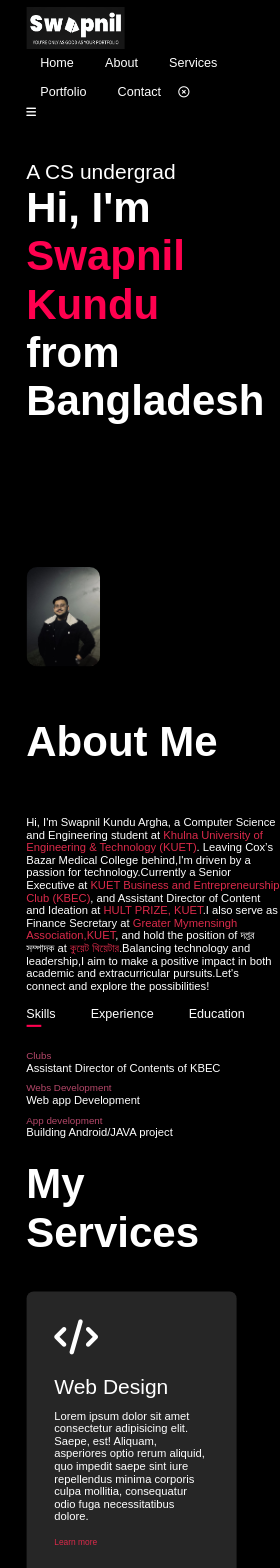
Repository: SwapnilKundu/portfolio
Page: index.html
These files come from the project's save history. The page is drawn as it stood at one moment and after the next save; the edit follows.
The browser window is 375 px wide. The page is 400 px wide, so the pictures cover 400 px, including what lies to the right of the window. The pictures show the part of the page from y = 0 to 2240 px (the page is 5790 px tall), at 70% of full size.
Some web libraries are served in a nearby version.

Above is the page before, as saved 2024-01-20 23:38:21.

### index.html
<!DOCTYPE html>
<html lang="en">
<head>
    <meta charset="UTF-8">
    <meta name="viewport" content="width=device-width, initial-scale=1.0">
    <title>Personal Portfolio Website</title>
    <link rel="stylesheet" href="style.css">
    <script src="https://kit.fontawesome.com/74456a4746.js" crossorigin="anonymous"></script>
</head>
<body>
  <div id="header">
    <div class="container">
        <nav>
            <img src="images/logo1.png" class="logo" width="40" height="60">
            <ul>
                <li><a href ="#">Home</a></li>
                <li><a href ="#">About</a></li>
                <li><a href ="#">Services</a></li>
                <li><a href ="#">Portfolio</a></li>
                <li><a href ="#">Contact</a></li>
                <i class="fa-regular fa-circle-xmark"></i>
            </ul>
            <i class="fa-solid fa-bars"></i>
        </nav>
        <div class="header-text">
            <p>A CS undergrad </p>
            <h1>Hi, I'm <span>Swapnil Kundu</span> <br> from Bangladesh</h1>
        </div>
    </div>
  </div>





  <div id="about">
    <div class="container">
        <div class="row">
            <div class="about-col-1">
                <img src="images/Aboutme4.jpg" alt="Profile Image">
            </div>
            <div class="about-col-2">
                <h1 class="sub-title"><br>About Me</h1>
                <p>
                    <br><br><br><br>Hi, I'm Swapnil Kundu Argha, a Computer Science and Engineering student at <a href="http://www.kuet.ac.bd/" target="_blank">Khulna University of Engineering & Technology (KUET)</a>. Leaving Cox’s Bazar Medical College behind,I'm driven by a passion for technology.Currently a Senior Executive at <a href="https://www.facebook.com/KBEC.official">KUET Business and Entrepreneurship Club (KBEC)</a>, and Assistant Director of Content and Ideation at <a href="https://scontent.fjsr8-1.fna.fbcdn.net/v/t39.30808-6/414475463_878653704262850_605489790676270348_n.jpg?_nc_cat=106&ccb=1-7&_nc_sid=dd5e9f&_nc_eui2=AeG7qaCzWQGluZMTMKWtrD6ipcnI0dawWuilycjR1rBa6PLkHzdtJERiOyrmRQaxy3TT_q5vz9qIQ5m4l8xfiGP6&_nc_ohc=qg8Pu4EAUVYAX9avaA_&_nc_ht=scontent.fjsr8-1.fna&oh=00_AfBZ6Lqa5248mqS64WxhR3KxGRhN1UCrqkgUgA0V5dsZlw&oe=65AF45DF">HULT PRIZE, KUET</a>.I also serve as Finance Secretary at <a href="#link-to-GMA">Greater Mymensingh Association,KUET</a>, and hold the position of দপ্তর সম্পাদক at <a href="#link-to-theater">কুয়েট থিয়েটার</a>.Balancing technology and leadership,I aim to make a positive impact in both academic and extracurricular pursuits.Let's connect and explore the possibilities!
                </p>

                <div class="tab-titles">
                    <p class="tab-links active" onclick="opentab('skills')">Skills</p>
                    <p class="tab-links" onclick="opentab('experience')">Experience</p>
                    <p class="tab-links"onclick="opentab('education')">Education</p>
            </div>
            <div class="tab-contents active-tab"id ="skills">
                <ul>
                    <li><span>Clubs</span><br>Assistant Director of Contents of KBEC</li>
                    <li><span>Webs Development</span><br>Web app Development</li>
                    <li><span>App development</span><br>Building Android/JAVA project</li>
                </ul>
            </div>
            <div class="tab-contents" id ="experience">
                <ul>
                    <li><span>2022-Current</span><br>An Active member of KBEC</li>
                    <li><span>2023-Semester 2.2</span><br>App Development by JAVA</li>
                    <li><span>2024-Semester 3.1</span><br>Web Development by HTML,CSS,JAVA</li>
                    <li><span>2022-Current</span><br>An Active member of KBEC</li>

                </ul>
            </div>

            <div class="tab-contents" id ="education">
                <ul>
                    <li><span>2018</span><br>SSC from Mymensingh Zilla School,Mymensingh</li>
                        <li><span>2020</span><br>HSC from Ananda Mohan College,Mymensingh</li>
                        <li><span>From March,2022</span><br>Currently studying BSc in CSE department</li>
                </ul>
            </div>
        </div>
    </div>
  </div>




  <div id="Services">
    <div class ="container">
    <h1 class="sub-title">My Services</h1>
    <div class ="services-list">

        <div>
            <i class="fa-solid fa-code"></i>
            <h2>
                Web Design
            </h2>
            <p>Lorem ipsum dolor sit amet consectetur adipisicing elit. Saepe, est! Aliquam, asperiores optio rerum aliquid, quo impedit saepe sint iure repellendus minima corporis culpa mollitia, consequatur odio fuga necessitatibus dolore.

            </p>
            <a href="#">Learn more</a>
        </div>
        <div>
            <i class="fa-solid fa-crop"></i>
            <h2>
                UI/UX Design
            </h2>
            <p>Lorem ipsum dolor sit amet consectetur adipisicing elit. Saepe, est! Aliquam, asperiores optio rerum aliquid, quo impedit saepe sint iure repellendus minima corporis culpa mollitia, consequatur odio fuga necessitatibus dolore.

            </p>
            <a href="#">Learn more</a>
        </div>
        <div>
            <i class="fa-brands fa-app-store"></i>
            <h2>

                App Design
            </h2>
            <p>Lorem ipsum dolor sit amet consectetur adipisicing elit. Saepe, est! Aliquam, asperiores optio rerum aliquid, quo impedit saepe sint iure repellendus minima corporis culpa mollitia, consequatur odio fuga necessitatibus dolore.

            </p>
            <a href="#">Learn more</a>
        </div>
        </div>
    </div>
  </div>




<div id="portfolio">
    <div class="container">
        <h1 class="sub-title">My Work</h1>

        <div class ="work-list">
            <div class="work">
                <img src="images/work-1.png">
                <div class="layer">
                    <h3><b>Scoial Media App</b></h3>
                    <p> The app connects you to the talented people around the world. Download it from play store</p>
                    <a href ="#"><i class="fa-solid fa-arrow-up-right-from-square"></i></a>
                </div>
            </div>
            <div class="work">
                <img src="images/work-2.png">
                <div class="layer">
                    <h3><b>Music App</b></h3>
                    <p> The app connects you to the talented people around the world. Download it from play store</p>
                    <a href ="#"><i class="fa-solid fa-arrow-up-right-from-square"></i></a>
                </div>
            </div>
            <div class="work">
                <img src="images/work-3.png">
                <div class="layer">
                    <h3><b>Online Shop App</b></h3>
                    <p> The app connects you to the talented people around the world. Download it from play store</p>
                    <a href ="#"><i class="fa-solid fa-arrow-up-right-from-square"></i></a>
                </div>
            </div>

        </div>
        <a href="#" class ="btn">See more</a>
    </div>
</div>




<div id="contact">
    <div class="container">
        <div class="row">
            <div class="contact-left">
                <h1 class="sub-title">Contact me</h1>
                <p><i class="fa-solid fa-paper-plane"></i>swapnilkundu01@gmail.com</p>
                <p><i class="fa-solid fa-phone"></i>01871978907</p>
                <div class="socal-icons">
                    <a href="https://www.facebook.com/swapnil.kundu.90/"><i class="fa-brands fa-facebook"></i></a>
                    <a href="https://www.instagram.com/swapnil2441139/"><i class="fa-brands fa-twitter-square"></i></a>
                    <a href="https://call.whatsapp.com/voice/oAxOkq7IUG3ndQV7ZXiJVs"><i class="fa-brands fa-whatsapp"></i></a>
                    <a href=""><i class="fa-brands fa-linkedin"></i></a>

                </div>
                <a href="images/my-cv.pdf"class = "btn btn2" >Download CV</a>
            </div>
            <div class="contact-right">
                <form>
                    <input type="text" name="Name" placeholder="Your Name" required>
                    <input type ="email" name="email" placeholder="Your Email" required>
                    <textarea name ="Message" rows="6" placeholder ="Your Message"></textarea>
                    <button type="submit" class="btn btn2">Submit</button>
                </form>

            </div>
        </div>
    </div>
    <div class="copyright">
            <p>Copyright © kundu.Made with HTML,CSS and JS</p>
    </div>
</div>


  <script>
    var tablinks = document.querySelectorAll(".tab-links");
    var tabcontents = document.querySelectorAll(".tab-contents");

    function opentab(tabname) {
        for (tablink of tablinks) {
            tablink.classList.remove("active-link");
        }

        for (tabcontent of tabcontents) {
            tabcontent.classList.remove("active-tab");
        }

        var activeTab = document.getElementById(tabname);
        activeTab.classList.add("active-tab");

        var activeLink = document.querySelector(`.tab-links[data-tab="${tabname}"]`);
        activeLink.classList.add("active-link");
    }
</script>

</body>
</html>

### style.css
*
{
    margin: 0;
    padding: 0;
    font-family: 'Poppins',sans-serif;
    box-sizing: border-box;
}

body
{
    background: #000;
    color: #fff;
}
#header
{
    width: 100%;
    height: 100vh;
    background-image: url(images/ccc2.png);
    background-size: cover;
    background-position: left;
    background-repeat: no-repeat;
    overflow: hidden;
}
.container
{
padding: 10px 10%;
}
nav{
    display: flex;
    align-items: center;
    justify-content: space-between;
    flex-wrap: wrap;
}
.logo{
    width: 140px;
}

nav ul li{
    display:inline-block;
    list-style: none;
    margin: 10px 20px;

}
nav ul li a{
    color: #fff;
    text-decoration:none ;
    font-size: 18px;
    position: relative;
}

nav ul li a::after
{
    content: '';
    width:0;
    height:3px;
    background:#ff004f;
    position: absolute;
    left: 0;
    bottom: -6px;
    transition: 0.5s;

}
nav ul li a:hover::after
{
    width:100%;
}
.header-text{
    margin-top: 20%;
    font-size: 30px;
}
.header-text h1
{
    font-size:60px;
}
.header-text h1 span
{
    color:#ff004f;
}

#about a {
    color: #db2a4a;
    text-decoration: none;
}

#about a:hover {
    color: #ababab;
}
.row
{
    display: flex;
    justify-content: space-between;
    flex-wrap: wrap;
}

.about-col-1{
    flex-basis:35%;
}
.about-col-1 img
{
    width: 100%;
    border-radius: 15px;
}

.about-col-2
{
    flex-basis: 60%;
}

.sub-title
{
    font-size:60px;
    font-weight:600;
    color:#fff;
}

.tab-titles {
    display: flex;
    margin: 20px 0 40px;
}

.tab-links {
    margin-right: 50px;
    font-size: 18px;
    font-weight: 500;
    cursor: pointer;
    position: relative;
    color: #fff;
    text-decoration: none;
    transition: color 0.5s;
}

.tab-links::after {
    content: '';
    width: 0;
    height: 3px;
    background: #ff004f;
    position: absolute;
    left: 0;
    bottom: -8px;
    transition: 0.5s;
}

.tab-links:hover {
    color: #ff004f; /* Change the color on hover */
}

.tab-links.active::after {
    width: 50%;
}
.tab-contents ul li
{
    list-style:none;
    margin:10px 0;
}
.tab-contents ul li span
{
    color:#b54769;
    font-size: 14px;
}
.tab-contents
{
    display: none;
}
.tab-contents.active-tab
{
    display: block;
}




#services-list
{

    padding :30px 0;
}
.services-list
{
    display:grid;
    grid-template-columns: repeat(auto-fit,minmax(250px, 1fr));
    grid-gap:40px;
    margin-top: 50px;
}
.services-list div{
    background:#262626;
    padding: 40px;
    font: size 13px;
    font-weight: 300;
    border-radius:10px;
    transition: background 0.5s,transform 0.5s;
}
.services-list div i
{
    font-size: 50px;
    margin-bottom: 30px;
}
.services-list div h2
{
    font-size:  30px;
    font-weight: 500;
    margin-bottom:15px;

}
.services-list div a{
    text-decoration: none;
    color:#fff;
    font-size: 12px;
    margin-top: 20px;
    display: inline-block;
}
.services-list div:hover
{
    background:#ff004f;
    transform: translateY(-10px);
}



#portfolio
{
    padding: 50px 0;
}

.work-list
{
    display:grid;
    grid-template-columns: repeat(auto-fit,minmax(250px, 1fr));
    grid-gap:40px;
    margin-top: 50px;
}
.work
{
    border-radius:10px;
    position: relative;
    overflow: hidden;
}
.work img
{
    width: 100%;
    border-radius:10px;
    display: block;
    transition: transform 0.5s;
}
.layer{
    width: 100%;
    height: 0;
    background:linear-gradient(rgba(0,0,0,0.6),#ff004f);
    border-radius:10px;
    position: absolute;
    left:0;
    bottom:0;
    overflow:hidden;
    display:flex;
    align-items:center;
    justify-content: center;
    flex-direction: column;
    padding: 0 40px;
    text-align:center;
    font-size: 14px;
    transition: height 0.5s;
}
.layer h3
{
    font-weight: 500;
    margin-bottom: 20px;
}
.layer a
{
    margin-top: 20px;
    color:#ff004f;
    text-decoration: none;
    font-size:18px;
    line-height: 60px;
    background:#fff;
    width: 60px;
    height: 60px;
    border-radius:50%;
    text-align: center;

}
.work:hover img
{
    transform: scale(1.1);
}

.work:hover .layer
{
    height:100%
}
.btn
{
    display:block;
    margin: 50px auto;
    width:fit-content;
    border: 1px solid #860808;
    padding: 14px 50px;
    text-decoration: none;
    border-radius: 6px;
    color:#fff;
    transition: background 0.5s;

}

.btn:hover
{
    background:#ffffff;
}





.contact-left
{
    flex-basis: 35%;
}
.contact-right
{
    flex-basis: 60%;
}

.contact-left p
{
    margin-top: 30px;
}
.contact-left p i
{
    color:#ff004f;
    margin-right: 15px;
    font-size: 25px;
}
.socal-icons {
    margin-top: 30px;
}

.socal-icons a{
    text-decoration: none;
    font-size: 30px;
    margin-right: 15px;
    color: #f80f0f;
    display: inline-block;
    transition: transform 0.5s;
}
.socal-icons a:hover
{
    color: #da1d1d;
    transform: translateY(-5px);
}
.btn.btn2
{
    display:inline-block;
    background : #000000;

}
.contact-right form
{
    width: 100%;
}
form input,form textarea
{
    width:100%;
    border:0;
    outline:none;
    background:#262626;
    padding: 15px;
    margin: 15px 0;
    color: #fff;
    font-size: 18px;
    border-radius: 6px;
}

form btn2
{
    padding:14px 60px;
    font-size: 18px;
    margin-top:20px;
    cursor:pointer;
}
.copyright
{
    width:100%;
    text-align:center;
    padding:25px 0;
    background:#262626;
    font-weight: 300;
    margin: top 20%;
}





nav.fas{
    display: none;
}

@media only screen and(max-width: 600px)
{
    #header{
        background-image:url(images/123qw.png)
    }
    .header-text
    {
        margin-top: 100%;
        font-size:16px;
    }

    .header-text h1
    {
        font-size: 30px;
    }

    nav.fas{
        display: block;
        font-size: 25px;
    }
    nav ul{
    background:#ff004f;
    position: fixed;
    top: 0;
    right: 0;
    width: 200px;
    height: 100vh;
    padding-top: 50px;

    }
    nav ul li
    {
        display: block;
        margin:25px;
    }
    nav ul.fas
    {
        position: absolute;
        top: 25px;
        left: 25px;
        cursor: pointer;
    }

}

After the next save:
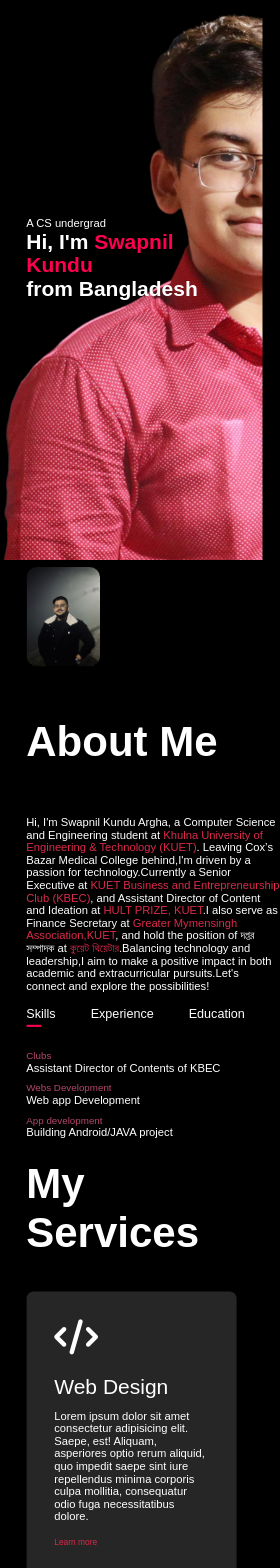
Saved 2 min 25 s later.
--- a/style.css
+++ b/style.css
@@ -390,51 +390,48 @@
 
 
 
-nav.fas{
-    display: none;
-}
-
-@media only screen and(max-width: 600px)
-{
-    #header{
-        background-image:url(images/123qw.png)
-    }
-    .header-text
-    {
+@media only screen and (max-width: 600px) {
+    #header {
+        background-image: url(images/123qw.png);
+    }
+
+    .header-text {
         margin-top: 100%;
-        font-size:16px;
-    }
-
-    .header-text h1
-    {
+        font-size: 16px;
+    }
+
+    .header-text h1 {
         font-size: 30px;
     }
 
-    nav.fas{
+    nav {
+        display: none;
+    }
+
+    nav.fas {
         display: block;
         font-size: 25px;
     }
-    nav ul{
-    background:#ff004f;
-    position: fixed;
-    top: 0;
-    right: 0;
-    width: 200px;
-    height: 100vh;
-    padding-top: 50px;
-
-    }
-    nav ul li
-    {
+
+    nav ul {
+        background: #ff004f;
+        position: fixed;
+        top: 0;
+        right: 0;
+        width: 200px;
+        height: 100vh;
+        padding-top: 50px;
+    }
+
+    nav ul li {
         display: block;
-        margin:25px;
-    }
-    nav ul.fas
-    {
+        margin: 25px;
+    }
+
+    nav ul.fas {
         position: absolute;
         top: 25px;
         left: 25px;
         cursor: pointer;
     }
-
-}
+}

After the save that followed:
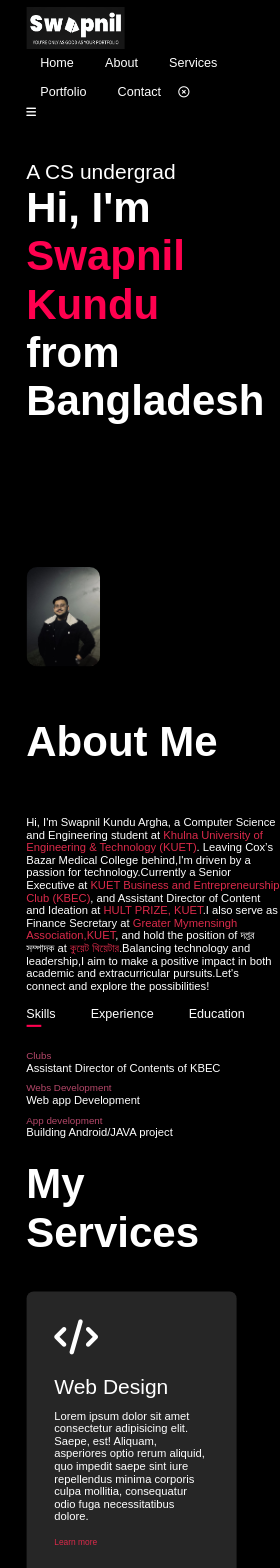
Saved 44 s later.
--- a/style.css
+++ b/style.css
@@ -390,48 +390,51 @@
 
 
 
-@media only screen and (max-width: 600px) {
-    #header {
-        background-image: url(images/123qw.png);
-    }
-
-    .header-text {
+nav.fas{
+    display: none;
+}
+
+@media only screen and(max-width: 600px)
+{
+    #header{
+        background-image:url(images/123qw.png)
+    }
+    .header-text
+    {
         margin-top: 100%;
-        font-size: 16px;
-    }
-
-    .header-text h1 {
+        font-size:16px;
+    }
+
+    .header-text h1
+    {
         font-size: 30px;
     }
 
-    nav {
-        display: none;
-    }
-
-    nav.fas {
+    nav.fas{
         display: block;
         font-size: 25px;
     }
-
-    nav ul {
-        background: #ff004f;
-        position: fixed;
-        top: 0;
-        right: 0;
-        width: 200px;
-        height: 100vh;
-        padding-top: 50px;
-    }
-
-    nav ul li {
+    nav ul{
+    background:#ff004f;
+    position: fixed;
+    top: 0;
+    right: 0;
+    width: 200px;
+    height: 100vh;
+    padding-top: 50px;
+
+    }
+    nav ul li
+    {
         display: block;
-        margin: 25px;
-    }
-
-    nav ul.fas {
+        margin:25px;
+    }
+    nav ul.fas
+    {
         position: absolute;
         top: 25px;
         left: 25px;
         cursor: pointer;
     }
-}
+
+}
